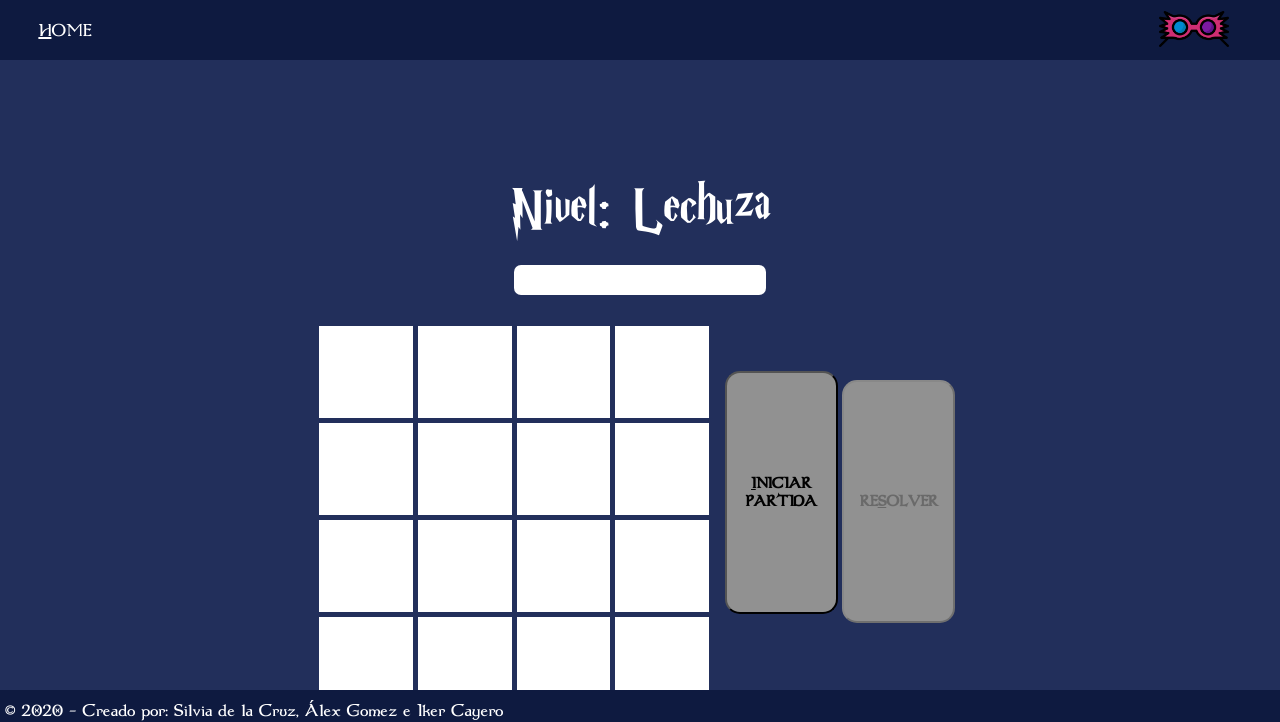
Repository: alexgomezdev/RavenclawSimon
Page: http://localhost/start.php?do=tryagain
An editor plug-in stored every save of this project. The page is shown before and after the next save, followed by the edit.
The browser window is 1280 px wide. The pictures show the whole page.
The page is run by PHP 8.4 with error messages shown; the project is at /var/www/html/.

Above is the page before, as saved 2020-11-10 21:38:31.

### start.php
<!DOCTYPE html>
<?php
session_start();
?>
<html lang="en">
<head>
    <meta charset="UTF-8">
    <meta name="viewport" content="width=device-width, initial-scale=1.0">
    <title>Ravenclaw Simon</title>
    <link rel="stylesheet" href="templates/lib.css">
    <link rel="stylesheet" href="templates/general.css">
    <link rel="stylesheet" href="templates/start.css">
    <audio id="start" src="templates/assets/audio/start.wav"></audio>
    <audio id="select" src="templates/assets/audio/select.mp3"></audio>
    <audio id="solve" src="templates/assets/audio/revelio.mp3"></audio>
    <script src="js/colorblind.js"></script>
</head>
<?php
    if (isset($_POST['colorblind_data'])) {
            $_SESSION['colorblind-data'] = $_POST['colorblind_data'];
        }
?>
<body id="body" <?php if (isset($_SESSION['colorblind-data']) && $_SESSION['colorblind-data'] == "True") {
            echo "class = 'body-blindcolor'";
        } else {
            echo "class = 'body'";
        } ?>>
    <header id="header" <?php if (isset($_SESSION['colorblind-data']) && $_SESSION['colorblind-data'] == "True") {
            echo "class = 'header-blindcolor'";
        } else {
            echo "class = 'header'";
        } ?>>
        <div id="home_link_div">
            <a href="index.php" id="home_link" accesskey="h"><underline class="accesskey">H</underline>OME</a>
        </div>
        <div class="colorblind_button_div" title="MODO DALTÓNICO" onclick="click_colorblind()">
            <img src="templates/assets/icono_daltonico.png" alt="Modo daltónico" id="colorblind_icon">
        </div>
    </header>
    <div id="show_name">
        <?php
        if (isset($_POST['username'])) {
            $username = $_POST['username'];
            if (isset($_SESSION['user']) && $_SESSION['user'] != $_POST['username']) {
                session_unset();
            }
            if (isset($_SESSION['user'])) {
                echo 'Jugador: ' . $_SESSION['user'];
            } else {
                $_SESSION['user'] = $username;

                echo 'Jugador: ' . $_SESSION['user'];
            }
        } else {
            if (isset($_SESSION['user'])) {
                echo 'Jugador: ' . $_SESSION['user'];
            }
        }
        if (isset($_SESSION['lvl'])) {
            if ( isset($_GET["do"]) && $_GET["do"] == "next") {
                $_SESSION['rankPoints'] = $_SESSION['rankPoints'] + 1000;
                $_SESSION['lvl'] = $_SESSION['lvl'] + 1;
            } else if (isset($_GET["do"]) && $_GET["do"] == "tryagain") {
                $_SESSION['rankPoints'] = $_SESSION['rankPoints'] - 50;
            }
        } else {
            $_SESSION['lvl'] = 0;
        }
        if (!isset($_SESSION['rankPoints'])) {
            $_SESSION['rankPoints'] = 1000;
        }
        $archivo = file('templates/config.txt');
        $nivel = explode(";", $archivo[$_SESSION['lvl']]);
        $filas = explode("x", $nivel[1]);
        $randArray = [];
        $randNum = [];
        $segons = $nivel[3] * 1000;
        echo "</br>Nivel: " . $nivel[0];
        ?>
        <script type="text/javascript">
            var segons = <?php echo $segons; ?>

        </script>
    </div>
    <div id="timer">
        <div id="progress">
            <div id="bar">
                <div id="label"></div>
            </div>
        </div>
    </div>
    <script src="js/playing.js"></script>
    <div class="maxwd just-cont-center ds-flex">
        <div class="table">
            <?php

            for ($m = 1; $m <= $nivel[2]; $m++) {
                $randNum = rand(0, ($filas[0] * $filas[1]) - 1);
                if (in_array($randNum, $randArray)) {
                    $m = $m - 1;
                } else {
                    array_push($randArray, $randNum);
                }
            }
            //echo "<PRE>" . print_r($_SESSION['lvl'], true) . "</PRE>";
            //0. NOM, 1. MATRIU, 2. PINTAR 3. SEGS, 4.CODI

            $cont = 0;
            //echo "<PRE>" . var_export($nivel, true) . "</PRE>";

            echo " <table class='tg'><tbody>";
            for ($i = 1; $i <= $filas[0]; $i++) {
                echo "<tr>";
                for ($x = 1; $x <= $filas[1]; $x++) {
                    if (in_array($cont, $randArray)) {
                        echo "<td class='tg plus'  id='. $cont . ' ' '></td>";
                        $cont = $cont + 1;
                    } else {
                        echo "<td class='tg' id='. $cont . ' '></td>";
                        $cont = $cont + 1;
                    }
                }
                echo "</tr>";
            }
            echo " </tbody> </table>";
            //echo "<PRE>" . print_r($filas, true) . "</PRE>";
            ?>
        </div>
               <div class=" ds-flex just-space-around">
            <div id="button_div">
                <button class="button_play" id="start_game_button" onclick="showNices(); updateClock(); move(); start()" accesskey="i">
                    <h3><underline class="accesskey">I</underline>NICIAR PARTIDA</h3>
                </button>
                <button class="button_play" id="solve_button" onclick="winorlose()" onmouseover="solve()" accesskey="s" disabled>
                    <h3>RE<underline class="accesskey">S</underline>OLVER</h3>
                </button>
            </div>
        </div>
    </div>
    <footer id="footer" <?php if (isset($_SESSION['colorblind-data']) && $_SESSION['colorblind-data'] == "True") {
            echo "class = 'footer-blindcolor'";
        } else {
            echo "class = 'footer'";
        } ?>>
        <div id="footer_content">
            &#0169 2020 - Creado por: Silvia de la Cruz, Álex Gomez e Iker Cayero
        </div>
    </footer>
</body>
</html>

### templates/config.txt
Lechuza;4x4;5;4;AA11
Duendecillo;4x4;7;3;AZ21
Centauro;4x4;8;2;BA3G
Trol;4x4;10;1;S7R
Hipogrifo;5x5;7;3;R67T
Gigante;5x5;10;3;78K5
Dementor;5x5;13;2;OPH0
Cancerbero;5x5;14;2;I796
Dragón;5x5;15;1;9UGG
Basilisco;6x6;16;2;6GPD

### templates/lib.css
.maxwd {
  width: 100%;
}

.ds-flex {
  display: flex;
}
.just-cont-center {
  justify-content: center;
}
.just-space-around {
  justify-content: space-around;
}

### templates/general.css
@font-face {
  font-family: "Harry_Potter";
  src: url("../templates/typography/HARRYP.TTF") format("truetype");
}

@font-face {
  font-family: "Dumbledore";
  src: url("../templates/typography/dumbledor.1.ttf") format("truetype");
}

html {
  min-height: 100%;
  position: relative;
}

body {
  font-family: "Dumbledore";
  background-color: #222f5b;
}

.body-blindcolor {
  background-color: #6c1ab2;
}

header {
  background-color: #0e1a40;
  top: 0;
  left: 0;
  position: fixed;
  width: 100%;
  height: 60px;
  display: flex;
}

.header-blindcolor {
  background-color: #2d044c;
}

#home_link_div {
  float: left;
  margin-left: 3%;
  padding-top: 9px;
  text-align: center;
  width: 10%;
  height: 100%;
  margin-right: none;
}

#home_link {
  display: flex;
  justify-content: center;
  align-items: center;
  color: #ffffff;
  font-size: 20px;
  text-decoration: none;
  width: min-content;
  height: 70%;
}

.colorblind_button_div {
  float: right;
  margin-right: 4%;
  width: 20%;
  text-align: center;
  height: 100%;
}

#colorblind_icon {
  float: right;
  justify-content: center;
  color: #ffffff;
  font-size: 20px;
  text-decoration: none;
  padding-top: 11px;
  height: 60%;
  cursor: pointer;
}

#title {
  color: #ffffff;
  font-family: "Harry_Potter";
  font-size: 60px;
  width: 100%;
  text-align: center;
  margin-top: 120px;
}

underline {
  text-decoration: underline;
}
main {
  width: 100%;
}

footer {
  color: #ffffff;
  background-color: #0e1a40;
  bottom: 0;
  left: 0;
  position: absolute;
  width: 100%;
  height: 3%;
  display: flex;
  padding-top: 10px;
  clear: both;
}

.footer-blindcolor {
  background-color: #2d044c;
}

#footer_content {
  margin-left: 5px;
  color: #ffffff;
  font-size: 20px;
  vertical-align: center;
  height: 60%;
}

@media (max-width: 800px) {
  #home_link_div {
    width: 15%;
  }
}

@media (max-width: 500px) {
  #home_link_div {
    width: 25%;
  }
}

### templates/start.css
.tg {
  border-collapse: collapse;
  border-width: 5px;
  width: 400px;
  height: 90px;
  background-color: white;
  border-style: solid;
  border-color: #222f5b;
}

#show_name {
  color: #ffffff;
  font-family: "Harry_Potter";
  font-size: 60px;
  width: 100%;
  text-align: center;
  margin-top: 120px;
  margin-bottom: 20px;
}

table {
  width: 100%;
  margin: 0 auto;
}

.nice {
  background-color: #946b2d;
}

#button_div {
  display: inline-block;
  margin-top: 50px;
  margin-bottom: 100px;
  text-align: center;
  width: 100%;
}

.button_play {
  border-radius: 15px;
  background-color: #919191;
  font-family: "Dumbledore";
  font-size: 20px;
  width: 15%;
  height: 100%;
}

.button_play:hover {
  color: #5d5d5d;
  background-color: #ffffff;
}

#timer {
  font-family: "Harry_Potter";
  color: white;
  width: 100%;
}
#timer {
  text-align: center;
  margin-top: 2%;
  font-size: 25px;
  font-family: "Harry_Potter";
  color: white;
}

#progress {
  position: relative;
  width: 20%;
  height: 30px;
  background-color: #ffffff;
  margin: 0 auto;
  margin-bottom: 2%;
  border-radius: 7px;
}
#bar {
  position: absolute;
  width: 0%;
  height: 100%;
  background-color: #946b2d;
  border-radius: 5px;
}
#label {
  padding-top: 3px;
}

.colorblind_button_div {
  width: 90%;
}
@media (max-width: 1340px) {
  .button_play {
    font-size: 15px;
  }
}

@media (max-width: 1200px) {
  #progress {
    width: 25%;
  }
}


@media (max-width: 900px) {
  #progress {
    width: 30%;
    margin-bottom: 3%;
  }
}

@media (max-width: 700px) {
  #progress {
    width: 35%;
    margin-bottom: 3%;
  }
}
@media (max-width: 630px) {
  #progress {
    width: 40%;
    margin-bottom: 3%;
  }
  .button_play {
    width: 30%;
  }
}
@media (max-width: 530px) {
  #progress {
    width: 45%;
    margin: 0 auto;
    margin-bottom: 3%;
  }
  .button_play {
    width: 35%;
  }
  footer {
    height: 5%;
  }
}

@media (max-width: 460px) {
  #progress {
    margin-bottom: 3%;
    width: 45%;
  }
  .button_play {
    width: 40%;
  }
}

@media (max-width: 410px) {
  .tg {
    width: 350px;
    height: 80px;
  }
  }
  .button_play {
    width: 45%;
  }
}

### js/colorblind.js
var daltonico = 0;


function click_colorblind() {
    if (daltonico == 0) {
        daltonico = 1;
        change_colorblind(daltonico);
    } else {
        daltonico = 0;
        change_colorblind(daltonico);
    }
}

function change_colorblind(id) {
    change_body(id);
    change_header(id);
    change_footer(id);
}

function change_body (id){
    if (id == 1) {
        document.getElementById("body").removeAttribute("class");
        document.getElementById("body").setAttribute("class", "body-blindcolor");
    } else {
        document.getElementById("body").removeAttribute("class", "body-blindcolor");
        document.getElementById("body").setAttribute("class", "body");
    }
}

function change_header (id){
    if (id == 1) {
        document.getElementById("header").removeAttribute("class");
        document.getElementById("header").setAttribute("class", "header-blindcolor");
    } else {
        document.getElementById("header").removeAttribute("class", "header-blindcolor");
        document.getElementById("header").setAttribute("class", "header");
    }
}

function change_footer (id){
    if (id == 1) {
        document.getElementById("footer").removeAttribute("class");
        document.getElementById("footer").setAttribute("class", "footer-blindcolor");
    } else {
        document.getElementById("footer").removeAttribute("class", "footer-blindcolor");
        document.getElementById("footer").setAttribute("class", "footer");
    }
}

### js/playing.js
var tdscorrects = document.getElementsByClassName('plus');
function hideNices (){
    for (const key of tdscorrects) {
        key.classList.remove('nice');
    }
    document.getElementById("solve_button").removeAttribute('disabled');
    var clickable = document.getElementsByClassName('tg');
    var clickable = document.getElementsByClassName('tg');
    for (const x of clickable) {
        x.setAttribute('onclick', 'choose(this.id)');
    }
    startTime =new Date();
    document.getElementById("start_game_button").setAttribute('disabled', false);
};
function showNices(){
    for (const x of tdscorrects) {
            x.classList.add('nice');
        }
    setTimeout(hideNices,segons)
};

function choose(id) {
    var elem = document.getElementById(id);
    if (elem.classList.contains('nice')){
        elem.classList.remove('nice');
    }else{
        elem.classList.add('nice');
    }
    document.getElementById('select').play();
};

function winorlose() {
    endTime = new Date();
    var intervalTime = endTime - startTime ;
    intervalTime = intervalTime/100;
    timeToReturn = Math.round(intervalTime);
    var playResut = document.getElementsByClassName('plus nice');
    var contNice = document.getElementsByClassName('nice')
    if ((contNice.length == tdscorrects.length) && ((playResut.length == tdscorrects.length)) ){
        window.open("success.php?tiempo="+timeToReturn, "_self");
    }else{
        window.open("gameOver.php", "_self");
    }
};

function start() {
    document.getElementById('start').play();
};

function solve() {
    document.getElementById('solve').play();
};

var totalTime = segons /1000;

function move() {
    var elem = document.getElementById("bar");
    var width = 0;
    var id = setInterval(frame, segons/100);
    function frame() {
      if (width >= 100) {
        clearInterval(id);
      } else {
        width++;
        elem.style.width = width + '%';
      }//
    }
}

function updateClock() {
    document.getElementById('label').innerHTML = totalTime;
    if(totalTime==0){

    }else{
        totalTime-=1;
        setTimeout("updateClock(totalTime)",1000);
    }
}

After the next save:
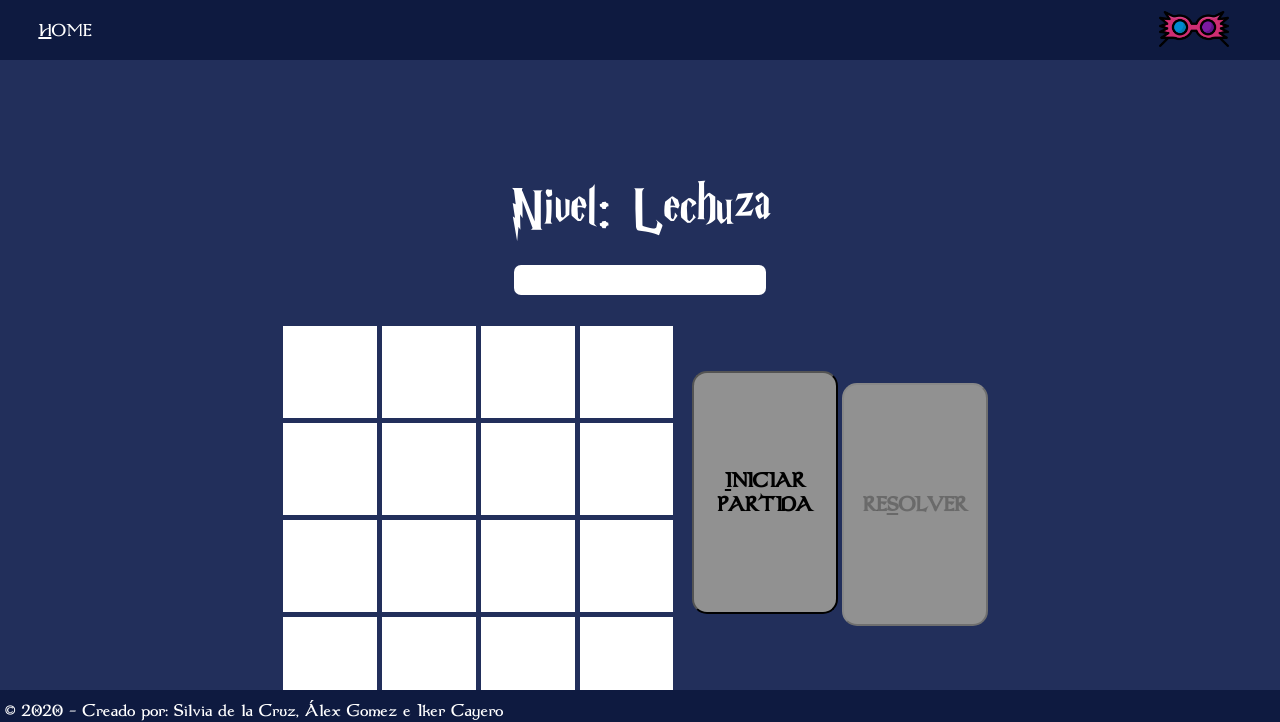
Saved 41 s later.
--- a/templates/start.css
+++ b/templates/start.css
@@ -85,11 +85,7 @@
 .colorblind_button_div {
   width: 90%;
 }
-@media (max-width: 1340px) {
-  .button_play {
-    font-size: 15px;
-  }
-}
+
 
 @media (max-width: 1200px) {
   #progress {
